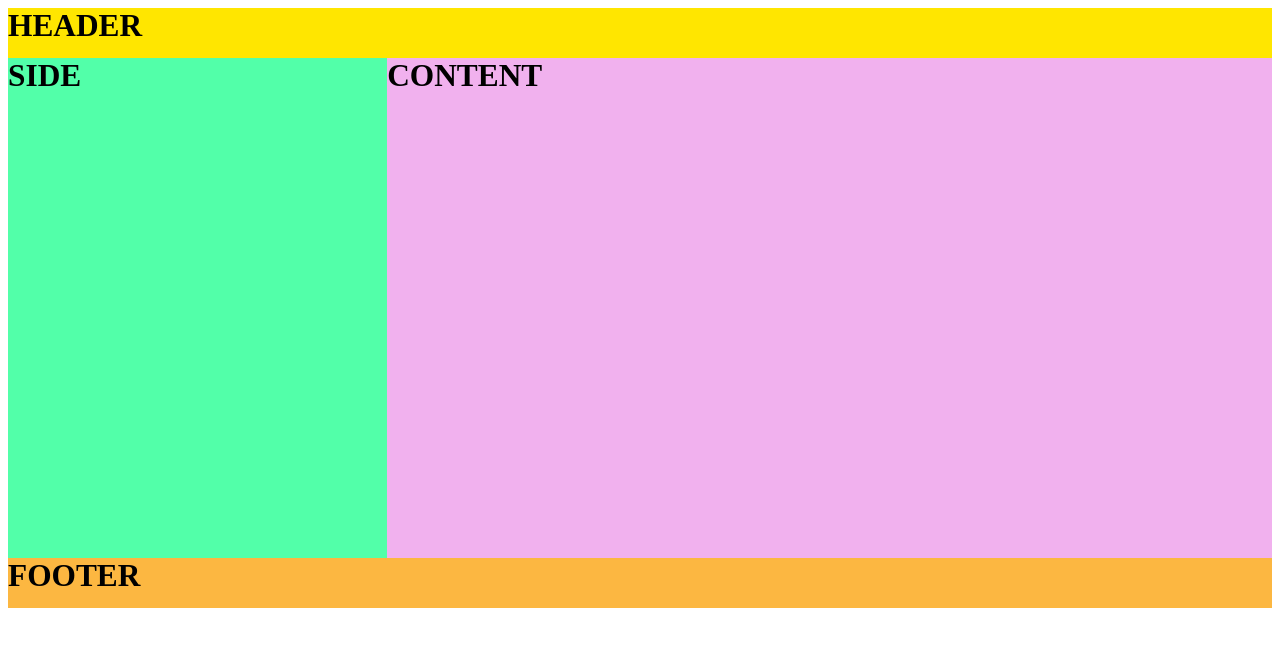
Repository: DuongThanhLong/Basic-responsive-HTML--CSS
Page: Flexbox/index.html
These files come from the project's save history. The page is drawn as it stood at one moment and after the next save; the edit follows.
The browser window is 1280 px wide. The pictures show the whole page.

Above is the page before, as saved 2021-09-21 18:14:45.

### Flexbox/index.html
<!DOCTYPE html>
<html lang="en">

<head>
    <meta charset="UTF-8">
    <meta http-equiv="X-UA-Compatible" content="IE=edge">
    <meta name="viewport" content="width=device-width, initial-scale=1.0">
    <title>Flexbox</title>
    <style>
        * {
            box-sizing: inherit;
            font-size: 1.4rem;
        }

        header {
            font-weight: bold;
            background-color: rgb(255, 230, 0);
            height: 50px;
        }

        .center {
            display: flex;
            height: 500px;
        }

        .side {
            font-weight: bold;
            width: 30%;
            background-color: rgba(0, 255, 128, 0.678);
        }

        .content {
            font-weight: bold;
            width: 70%;
            background-color: #F1B1EE;
        }

        footer {
            font-weight: bold;
            background-color: #FCB741;
            height: 50px;
        }
    </style>
</head>

<body>
    <header>HEADER</header>
    <div class="center">
        <div class="side">SIDE</div>
        <div class="content">CONTENT</div>
    </div>
    <footer>FOOTER</footer>
</body>

</html>

After the next save:
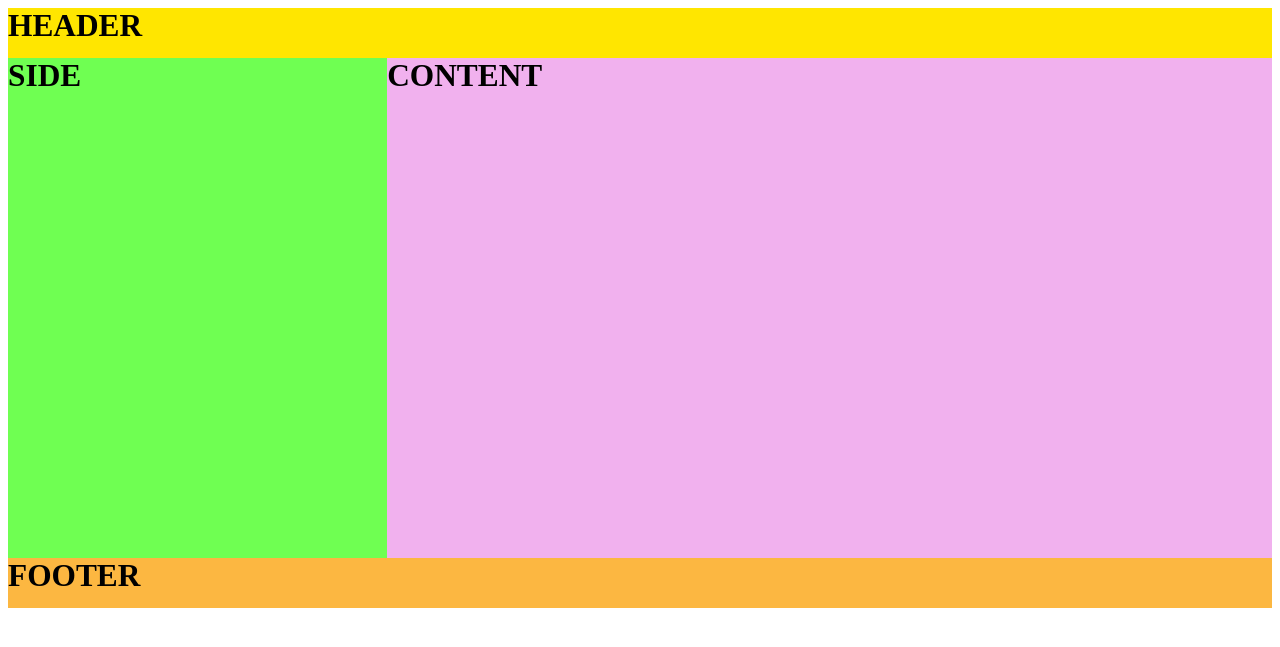
Saved 7 s later.
--- a/Flexbox/index.html
+++ b/Flexbox/index.html
@@ -26,7 +26,7 @@
         .side {
             font-weight: bold;
             width: 30%;
-            background-color: rgba(0, 255, 128, 0.678);
+            background-color: rgba(43, 255, 0, 0.678);
         }
 
         .content {
